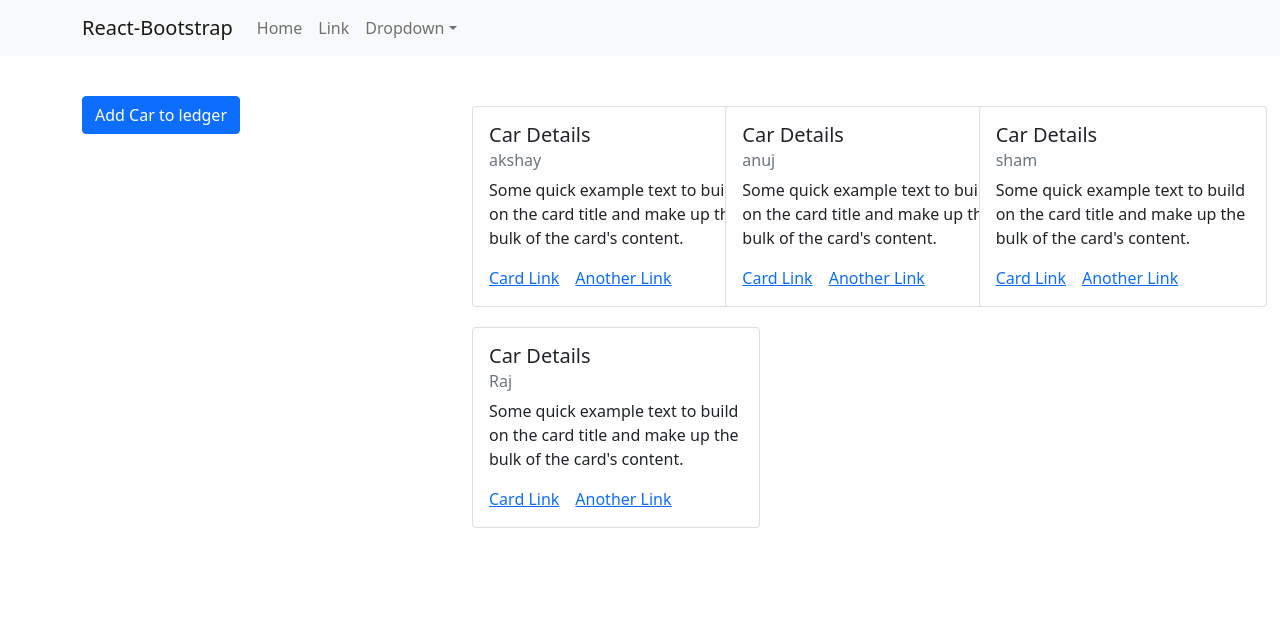
Repository: akshaykurhekar/hyperledger-asset-monetization-dapp
Page: / (app in fabcarWeb/new-ui/)
These files come from the project's save history. The page is drawn as it stood at one moment and after a run of saves; the edit follows.
The browser window is 1280 px wide. The pictures show the whole page.
The project was rebuilt for these pictures with package versions that can differ from the ones it lists, and the page was loaded fresh each time.

Above is the page before, as saved 2022-03-30 18:01:16.

### fabcarWeb/new-ui/src/index.js
import React from "react";
import ReactDOM from "react-dom/client";
import "./index.css";
import App from "./App";
import reportWebVitals from "./reportWebVitals";
import "bootstrap/dist/css/bootstrap.min.css";

// ReactDOM.render(
//   <React.StrictMode>
//     <App />
//   </React.StrictMode>,
//   document.getElementById('root')
// );

ReactDOM.createRoot(document.getElementById("root")).render(
  <React.StrictMode>
    <App />
  </React.StrictMode>
);

// If you want to start measuring performance in your app, pass a function
// to log results (for example: reportWebVitals(console.log))
// or send to an analytics endpoint. Learn more: https://bit.ly/CRA-vitals
reportWebVitals();

### fabcarWeb/new-ui/src/App.js
import Navbar from "./components/navbar";
import Card from "./components/card";
import Model from "./components/model";
import { Container, Row, Col } from "react-bootstrap";

function App() {
  const carList = [{ name: "akshay" }, { name: "anuj" }, { name: "sham" },{ name: "Raj" }];

  return (
    <>
      <Navbar />
      <Container>
        <Row style={{ paddingTop: "40px" }}>
          <Col sm={4}>
            <Model />
          </Col>
          <Col sm={8}>
            <Row>
              {carList.map((item, idx) => {
                return (
                  <Col sm={4}>
                    <Card key={idx} name={item.name} />
                  </Col>
                );
              })}
            </Row>
          </Col>
        </Row>
      </Container>
    </>
  );
}

export default App;

### fabcarWeb/new-ui/src/components/navbar.js
import React, { useState } from 'react';
import { Navbar,Container,Nav, NavDropdown } from 'react-bootstrap'

const NavbarComp = ()=>{


    return (
      <Navbar bg="light" expand="lg">
      <Container>
        <Navbar.Brand href="#home">React-Bootstrap</Navbar.Brand>
        <Navbar.Toggle aria-controls="basic-navbar-nav" />
        <Navbar.Collapse id="basic-navbar-nav">
          <Nav className="me-auto">
            <Nav.Link href="#home">Home</Nav.Link>
            <Nav.Link href="#link">Link</Nav.Link>
            <NavDropdown title="Dropdown" id="basic-nav-dropdown">
              <NavDropdown.Item href="#action/3.1">Action</NavDropdown.Item>
              <NavDropdown.Item href="#action/3.2">Another action</NavDropdown.Item>
              <NavDropdown.Item href="#action/3.3">Something</NavDropdown.Item>
              <NavDropdown.Divider />
              <NavDropdown.Item href="#action/3.4">Separated link</NavDropdown.Item>
            </NavDropdown>
          </Nav>
        </Navbar.Collapse>
      </Container>
    </Navbar>
    );
};

export default NavbarComp;

### fabcarWeb/new-ui/src/components/card.js
import React from 'react';
import {Card} from 'react-bootstrap'

const Cards = (props)=>{
    return (
        <Card style={{ width: '18rem',margin:'10px' }}>
            <Card.Body>
                <Card.Title>Car Details</Card.Title>
                <Card.Subtitle className="mb-2 text-muted">{props.name}</Card.Subtitle>
                <Card.Text>
                Some quick example text to build on the card title and make up the bulk of
                the card's content.
                </Card.Text>
                <Card.Link href="#">Card Link</Card.Link>
                <Card.Link href="#">Another Link</Card.Link>
            </Card.Body>
        </Card>
    );
};

export default Cards;

### fabcarWeb/new-ui/src/components/model.js
import React,{ useState} from 'react';
import { Button, Modal} from 'react-bootstrap'

const Model = ()=>{

    const [show, setShow] = useState(false);

  const handleClose = () => setShow(false);
  const handleShow = () => setShow(true);

    return (
       <>
      <Button variant="primary" onClick={handleShow}>
        Add Car to ledger
      </Button>

      <Modal show={show} onHide={handleClose}>
        <Modal.Header closeButton>
          <Modal.Title>Add Car</Modal.Title>
        </Modal.Header>
        <Modal.Body>

            </Modal.Body>
        <Modal.Footer>
          <Button variant="secondary" onClick={handleClose}>
            Close
          </Button>
          <Button variant="primary" onClick={handleClose}>
            Save
          </Button>
        </Modal.Footer>
      </Modal>
    </>
    );
};

export default Model;

Loaded but not shown: fabcarWeb/new-ui/public/index.html (common file); fabcarWeb/new-ui/src/reportWebVitals.js (common file); fabcarWeb/new-ui/src/index.css (no stored copy; drawn as an empty file)

After the next 2 saves:
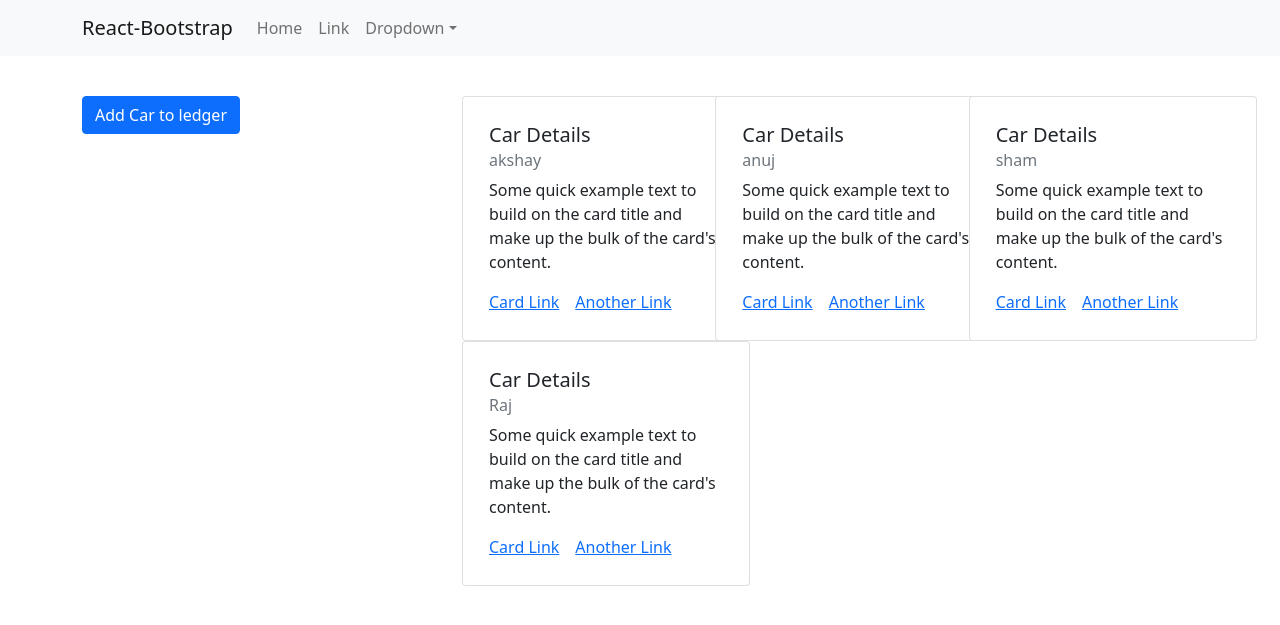
The 2 saves are shown as one change because they came seconds apart.
The last was saved 7 s later.
--- a/fabcarWeb/new-ui/src/components/card.js
+++ b/fabcarWeb/new-ui/src/components/card.js
@@ -3,7 +3,7 @@
 
 const Cards = (props)=>{
     return (
-        <Card style={{ width: '18rem',margin:'10px' }}>
+        <Card style={{ width: '18rem',padding:'10px' }}>
             <Card.Body>
                 <Card.Title>Car Details</Card.Title>
                 <Card.Subtitle className="mb-2 text-muted">{props.name}</Card.Subtitle>

After the save that followed:
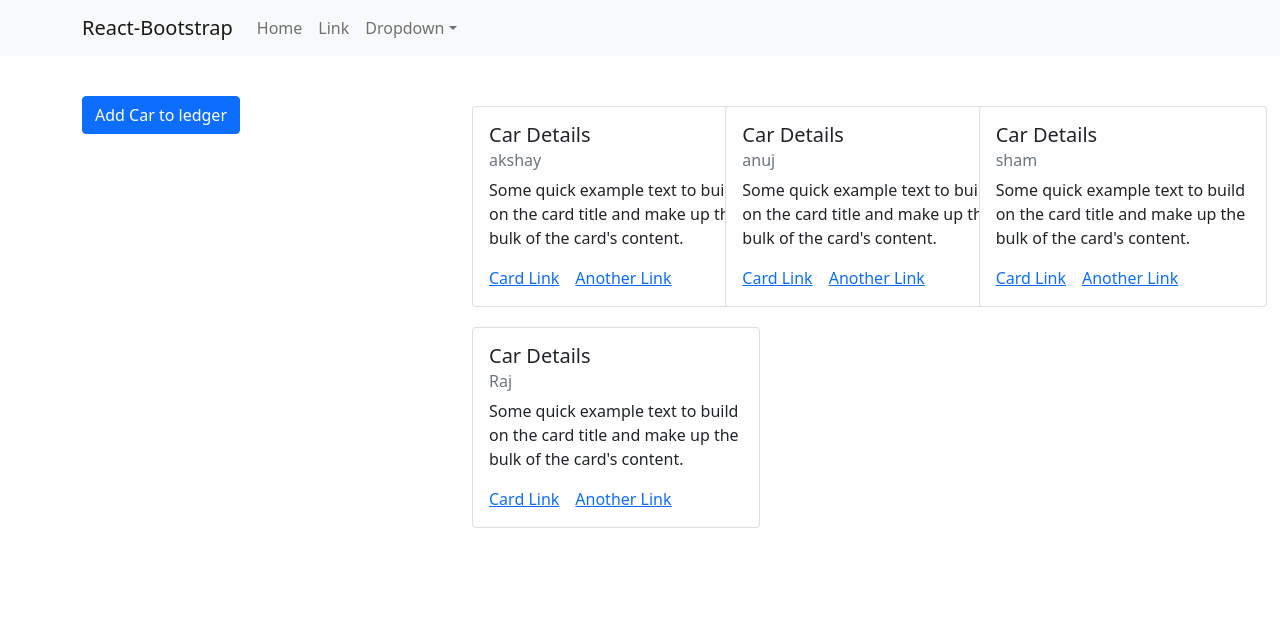
Saved 6 s later.
--- a/fabcarWeb/new-ui/src/components/card.js
+++ b/fabcarWeb/new-ui/src/components/card.js
@@ -3,7 +3,7 @@
 
 const Cards = (props)=>{
     return (
-        <Card style={{ width: '18rem',padding:'10px' }}>
+        <Card style={{ width: '18rem',margin:'10px' }}>
             <Card.Body>
                 <Card.Title>Car Details</Card.Title>
                 <Card.Subtitle className="mb-2 text-muted">{props.name}</Card.Subtitle>
